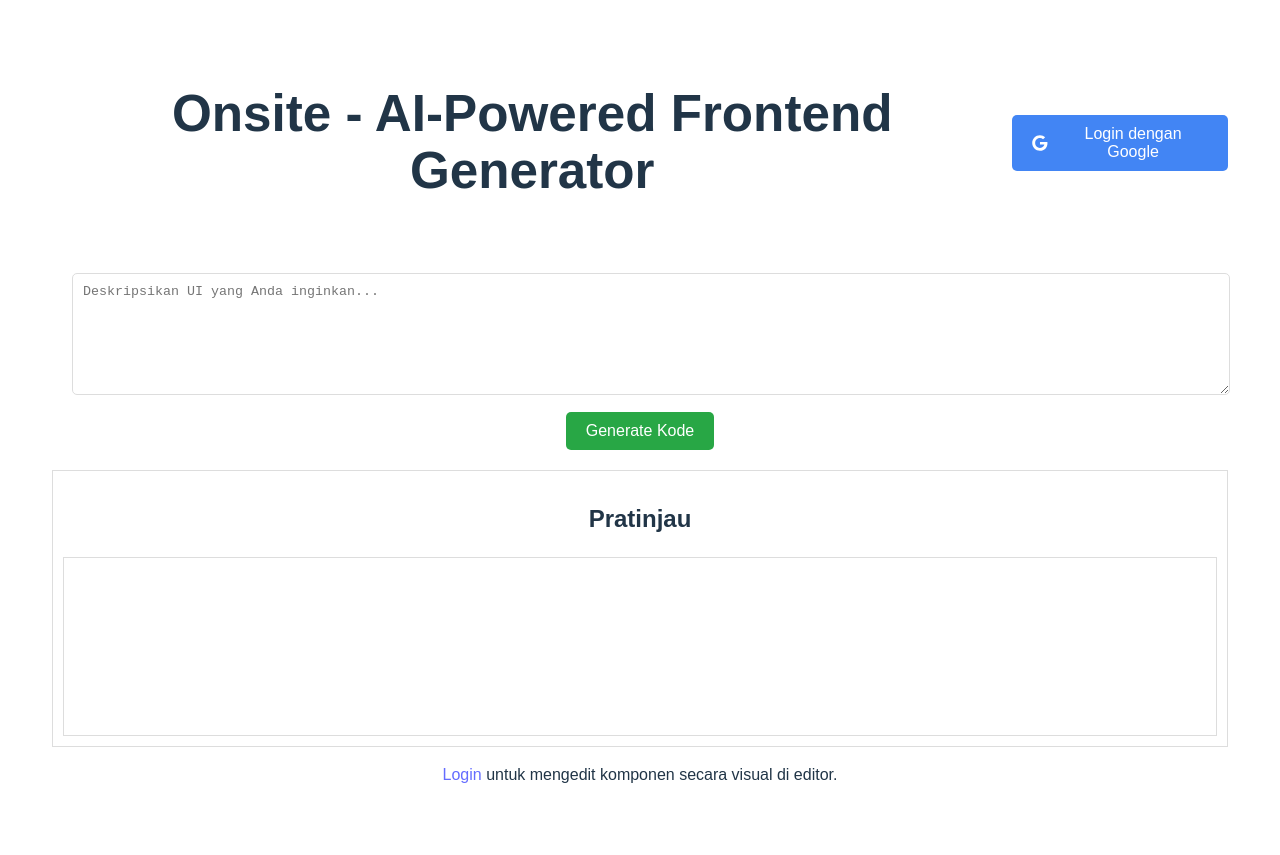
Repository: arifsoul/onsite
Page: / (app in onsite/)
The author's editor kept a copy of each file at every save. The page is drawn from the files as they stood at one save, then again after the next save.
The browser window is 1280 px wide. The pictures show the whole page.
The project was rebuilt for these pictures with package versions that can differ from the ones it lists, and the page was loaded fresh each time. Also part of the build but not shown: onsite/vite.config.js, onsite/src/components/Editor/CSSPanel.jsx, onsite/src/components/Editor/JSPanel.jsx, onsite/src/components/Editor/ComponentEditor.css, onsite/src/components/Editor/ComponentEditor.jsx, onsite/src/pages/Editor.jsx, onsite/src/pages/Login.css, onsite/src/pages/Login.jsx.

Above is the page before, as saved 2025-04-14 16:33:40.

### onsite/src/index.css
:root {
  font-family: system-ui, Avenir, Helvetica, Arial, sans-serif;
  line-height: 1.5;
  font-weight: 400;

  color-scheme: light dark;
  color: rgba(255, 255, 255, 0.87);
  background-color: #242424;

  font-synthesis: none;
  text-rendering: optimizeLegibility;
  -webkit-font-smoothing: antialiased;
  -moz-osx-font-smoothing: grayscale;
}

a {
  font-weight: 500;
  color: #646cff;
  text-decoration: inherit;
}
a:hover {
  color: #535bf2;
}

body {
  margin: 0;
  display: flex;
  place-items: center;
  min-width: 320px;
  min-height: 100vh;
  font-family: Arial, sans-serif;
}

h1 {
  font-size: 3.2em;
  line-height: 1.1;
}

button {
  border-radius: 8px;
  border: 1px solid transparent;
  padding: 0.6em 1.2em;
  font-size: 1em;
  font-weight: 500;
  font-family: inherit;
  background-color: #1a1a1a;
  cursor: pointer;
  transition: border-color 0.25s;
}
button:hover {
  border-color: #646cff;
}
button:focus,
button:focus-visible {
  outline: 4px auto -webkit-focus-ring-color;
}

@media (prefers-color-scheme: light) {
  :root {
    color: #213547;
    background-color: #ffffff;
  }
  a:hover {
    color: #747bff;
  }
  button {
    background-color: #f9f9f9;
  }
}

### onsite/src/App.jsx
import { BrowserRouter as Router, Routes, Route } from 'react-router-dom';
import { Auth0Provider } from '@auth0/auth0-react';
import { CodeProvider } from './context/CodeContext'; // Impor CodeProvider
import Home from './pages/Home';
import Editor from './pages/Editor';
import Login from './pages/Login';
import './App.css';

function App() {
  return (
    <Auth0Provider
      domain={import.meta.env.VITE_AUTH0_DOMAIN}
      clientId={import.meta.env.VITE_AUTH0_CLIENT_ID}
      redirectUri={window.location.origin}
    >
      <CodeProvider> {/* Bungkus dengan CodeProvider */}
        <Router>
          <Routes>
            <Route path="/" element={<Home />} />
            <Route path="/login" element={<Login />} />
            <Route path="/editor" element={<Editor />} />
          </Routes>
        </Router>
      </CodeProvider>
    </Auth0Provider>
  );
}

export default App;

### onsite/src/context/CodeContext.jsx
import { createContext, useState, useContext } from 'react';

const CodeContext = createContext();

export const CodeProvider = ({ children }) => {
  const [generatedCode, setGeneratedCode] = useState({
    html: '',
    css: '',
    js: '',
  });
  const [components, setComponents] = useState([]);

  const updateComponent = (id, updates) => {
    setComponents((prev) =>
      prev.map((comp) =>
        comp.id === id ? { ...comp, ...updates } : comp
      )
    );
  };

  return (
    <CodeContext.Provider
      value={{ generatedCode, setGeneratedCode, components, setComponents, updateComponent }}
    >
      {children}
    </CodeContext.Provider>
  );
};

export const useCode = () => useContext(CodeContext);

### onsite/src/pages/Home.jsx
import { useAuth0 } from '@auth0/auth0-react';
import AIGenerator from '../components/Generator/AIGenerator';
import GoogleLogin from '../components/Auth/GoogleLogin';
import LivePreview from '../components/Preview/LivePreview';
import { Link } from 'react-router-dom';
import './Home.css';

const Home = () => {
  const { isAuthenticated } = useAuth0();

  return (
    <div className="home-container">
      <header>
        <h1>Onsite - AI-Powered Frontend Generator</h1>
        <GoogleLogin />
      </header>
      <main>
        <AIGenerator />
        <div className="preview-container">
          <h2>Pratinjau</h2>
          <LivePreview />
        </div>
        {isAuthenticated ? (
          <Link to="/editor" className="editor-link">
            Buka Editor untuk Mengedit Komponen
          </Link>
        ) : (
          <p>
            <Link to="/login">Login</Link> untuk mengedit komponen secara visual di editor.
          </p>
        )}
      </main>
    </div>
  );
};

export default Home;

### onsite/src/components/Generator/AIGenerator.jsx
import { useState } from 'react';
import { useCode } from '../../context/CodeContext';
import { generateCode } from '../../services/deepseekApi';
import './AIGenerator.css';

const AIGenerator = () => {
  const [prompt, setPrompt] = useState('');
  const { setGeneratedCode, setComponents } = useCode();

  const handleGenerate = async () => {
    try {
      const response = await generateCode(prompt);
      const { html, css, js, components } = response.data;
      setGeneratedCode({ html, css, js });
      setComponents(components);
    } catch (error) {
      console.error('Error generating code:', error);
    }
  };

  return (
    <div className="generator-container">
      <textarea
        value={prompt}
        onChange={(e) => setPrompt(e.target.value)}
        placeholder="Deskripsikan UI yang Anda inginkan..."
        className="prompt-input"
      />
      <button onClick={handleGenerate} className="generate-btn">
        Generate Kode
      </button>
    </div>
  );
};

export default AIGenerator;

### onsite/src/components/Auth/GoogleLogin.jsx
import { useAuth0 } from '@auth0/auth0-react';
import { FaGoogle } from 'react-icons/fa';
import './GoogleLogin.css';

const GoogleLogin = () => {
  const { loginWithRedirect, isAuthenticated, user } = useAuth0();

  if (isAuthenticated) {
    return (
      <div className="user-info">
        <img src={user.picture} alt={user.name} />
        <span>{user.name}</span>
      </div>
    );
  }

  return (
    <button
      className="google-login-btn"
      onClick={() => loginWithRedirect({ connection: 'google-oauth2' })}
    >
      <FaGoogle /> Login dengan Google
    </button>
  );
};

export default GoogleLogin;

### onsite/src/components/Preview/LivePreview.jsx
import { useCode } from '../../context/CodeContext';
import './LivePreview.css';

const LivePreview = () => {
  const { generatedCode, components } = useCode();

  const combinedHTML = `
    <style>${generatedCode.css}</style>
    ${components.map((comp) => comp.html).join('')}
    <script>${generatedCode.js}</script>
  `;

  return (
    <div className="preview-container">
      <iframe
        srcDoc={combinedHTML}
        title="Live Preview"
        className="preview-iframe"
      />
    </div>
  );
};

export default LivePreview;

### onsite/src/pages/Home.css
.home-container {
    padding: 20px;
  }

  header {
    display: flex;
    justify-content: space-between;
    align-items: center;
    margin-bottom: 20px;
  }

### onsite/src/pages/Editor.css
.editor-page {
    padding: 20px;
  }

  header {
    display: flex;
    justify-content: space-between;
    align-items: center;
    margin-bottom: 20px;
  }

  .editor-layout {
    display: grid;
    grid-template-columns: 1fr 1fr;
    gap: 20px;
  }

  .editor-section,
  .preview-section {
    height: 80vh;
    overflow-y: auto;
  }

### onsite/src/services/deepseekApi.js
import axios from 'axios';

const API_KEY = import.meta.env.VITE_DEEPSEEK_API_KEY;
const BASE_URL = 'https://api.deepseek.com';

export const generateCode = async (prompt) => {
  try {
    const response = await axios.post(
      `${BASE_URL}/chat/completions`,
      {
        model: 'deepseek-chat',
        messages: [
          {
            role: 'system',
            content:
              'You are an AI that generates React component code (HTML, CSS, JS) based on user descriptions. Return structured JSON with html, css, js, and components array.',
          },
          { role: 'user', content: prompt },
        ],
        stream: false,
      },
      {
        headers: {
          'Content-Type': 'application/json',
          Authorization: `Bearer ${API_KEY}`,
        },
      }
    );
    return response;
  } catch (error) {
    throw new Error('Failed to generate code');
  }
};

### onsite/src/components/Generator/AIGenerator.css
.generator-container {
  padding: 20px;
}

.prompt-input {
  width: 100%;
  height: 100px;
  padding: 10px;
  margin-bottom: 10px;
  border: 1px solid #ddd;
  border-radius: 5px;
}

.generate-btn {
  padding: 10px 20px;
  background-color: #28a745;
  color: white;
  border: none;
  border-radius: 5px;
  cursor: pointer;
}

### onsite/src/components/Auth/GoogleLogin.css
.google-login-btn {
  display: flex;
  align-items: center;
  gap: 10px;
  padding: 10px 20px;
  background-color: #4285f4;
  color: white;
  border: none;
  border-radius: 5px;
  cursor: pointer;
  font-size: 16px;
}

.user-info {
  display: flex;
  align-items: center;
  gap: 10px;
}

.user-info img {
  border-radius: 50%;
  width: 40px;
  height: 40px;
}

### onsite/src/components/Preview/LivePreview.css
.preview-container {
  border: 1px solid #ddd;
  padding: 10px;
  height: 100%;
}

.preview-iframe {
  width: 100%;
  height: 100%;
  border: none;
}

Loaded but not shown: onsite/index.html (common file); onsite/src/main.jsx (common file); onsite/src/App.css (common file)

After the next save:
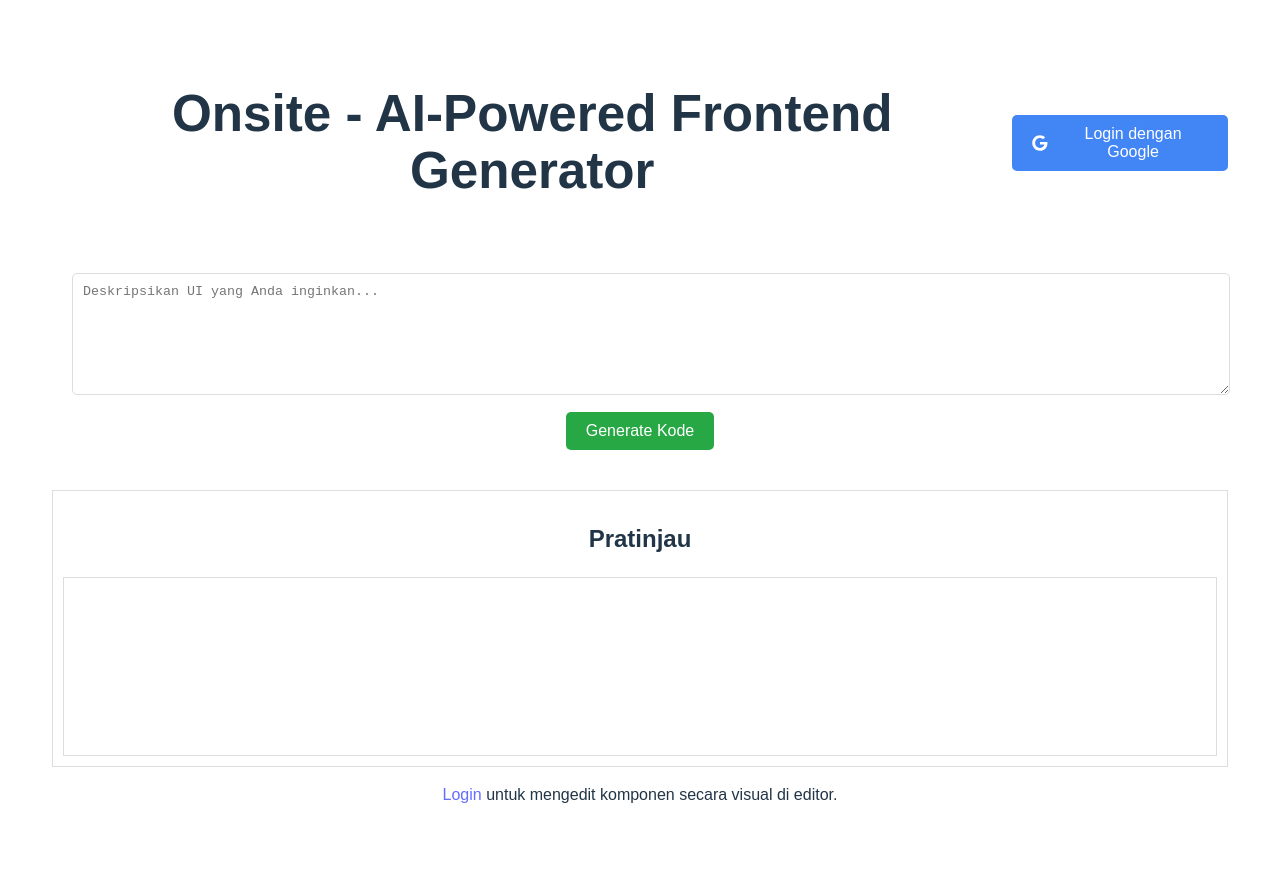
Saved 12 s later.
--- a/onsite/src/pages/Home.css
+++ b/onsite/src/pages/Home.css
@@ -8,3 +8,21 @@
     align-items: center;
     margin-bottom: 20px;
   }
+
+  .preview-container {
+    margin-top: 20px;
+  }
+
+  .editor-link {
+    display: inline-block;
+    margin-top: 20px;
+    padding: 10px 20px;
+    background-color: #007bff;
+    color: white;
+    text-decoration: none;
+    border-radius: 5px;
+  }
+
+  .editor-link:hover {
+    background-color: #0056b3;
+  }
